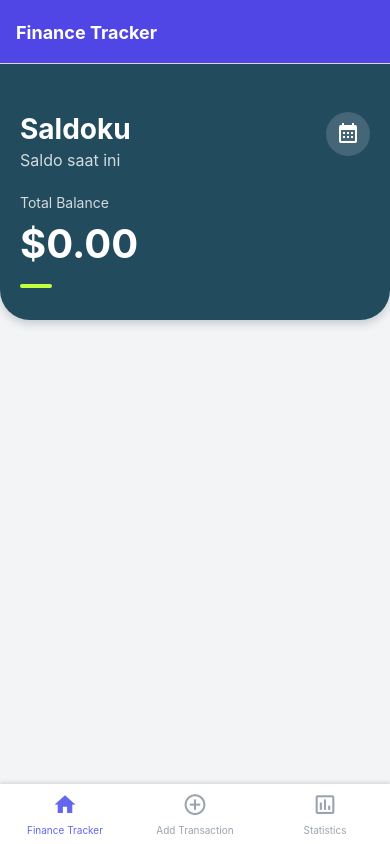
Repository: FarhanAryadi/FinTrack
Screen: /
The author's editor kept a copy of each file at every save. The screen is drawn from the files as they stood at one save, then again after a run of saves.
The page's requests for data from a server got no answer. The app was drawn by React Native's web renderer in a window 390 px wide. The project was rebuilt for these pictures with package versions that can differ from the ones it lists, and the page was loaded fresh each time. No one was signed in, and anything a server would have sent is missing. Also part of the build but not shown: src/components/common/Button.tsx, src/config.ts, src/services/categoryService.ts, src/components/common/CategoryDropdown.tsx, src/components/common/CurrencyInput.tsx, src/components/common/Input.tsx, src/services/transactionService.ts, src/screens/AddTransactionScreen.tsx and 3 more.

Above is the screen before, as saved 2025-03-06 14:57:36.

After the next 3 saves:
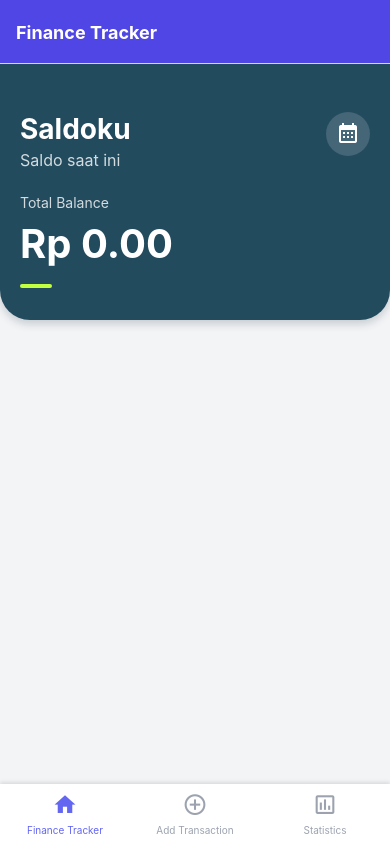
The 3 saves are shown as one change because they came seconds apart.
The last was saved 2 min 37 s later.
--- a/src/components/common/Header.tsx
+++ b/src/components/common/Header.tsx
@@ -37,7 +37,7 @@ export const Header: React.FC<HeaderProps> = ({
 			{amount !== undefined && (
 				<View style={styles.amountContainer}>
 					<Text style={styles.amountLabel}>Total Balance</Text>
-					<Text style={styles.amount}>${amount.toFixed(2)}</Text>
+					<Text style={styles.amount}>Rp {amount.toFixed(2)}</Text>
 					<View style={styles.indicator} />
 				</View>
 			)}
